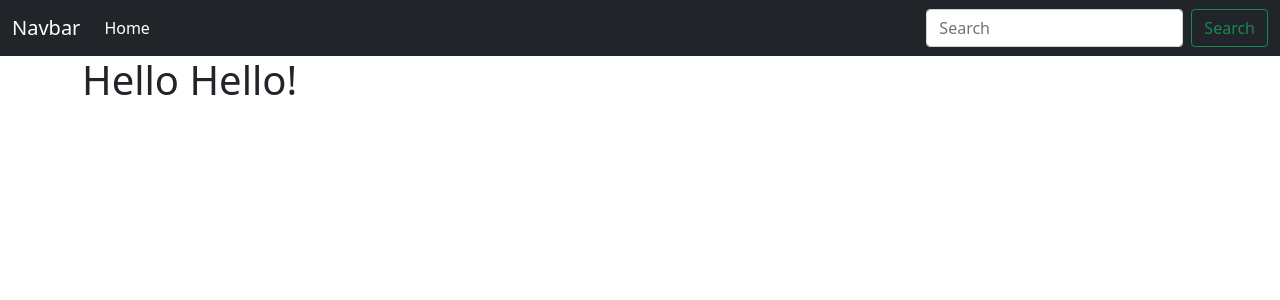
Repository: MuzhdaEhsan/WEBD6201-W2021-ICE1
Page: Week1/index.html
The author's editor kept a copy of each file at every save. The page is drawn from the files as they stood at one save, then again after the next save.
The browser window is 1280 px wide. The pictures show the whole page.

Above is the page before, as saved 2021-01-20 02:09:42.
Console error: ReferenceError: index is not defined

After the next save:
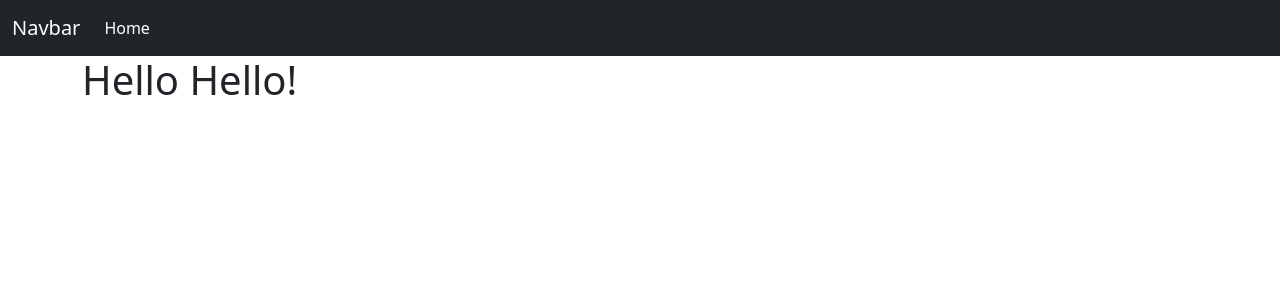
Saved 32 s later.
--- a/Week1/index.html
+++ b/Week1/index.html
@@ -30,10 +30,7 @@
               </li>
 
             </ul>
-            <form class="d-flex">
-              <input class="form-control me-2" type="search" placeholder="Search" aria-label="Search">
-              <button class="btn btn-outline-success" type="submit">Search</button>
-            </form>
+
           </div>
         </div>
       </nav>
